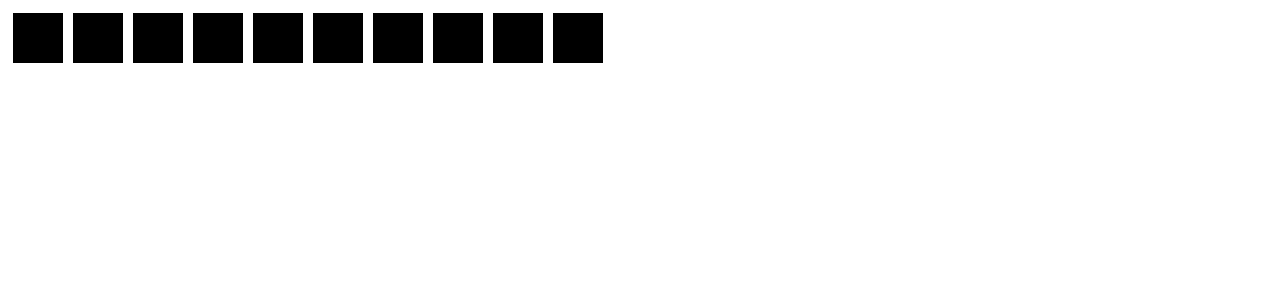
Repository: eeoooo/MINI-PROJECTS-HTML-CSS
Page: practiceCSSFlex/index.html
An editor plug-in stored every save of this project. The page is shown before and after the next save, followed by the edit.
The browser window is 1280 px wide. The pictures show the whole page.

Above is the page before, as saved 2022-07-30 15:24:21.

After the next save:
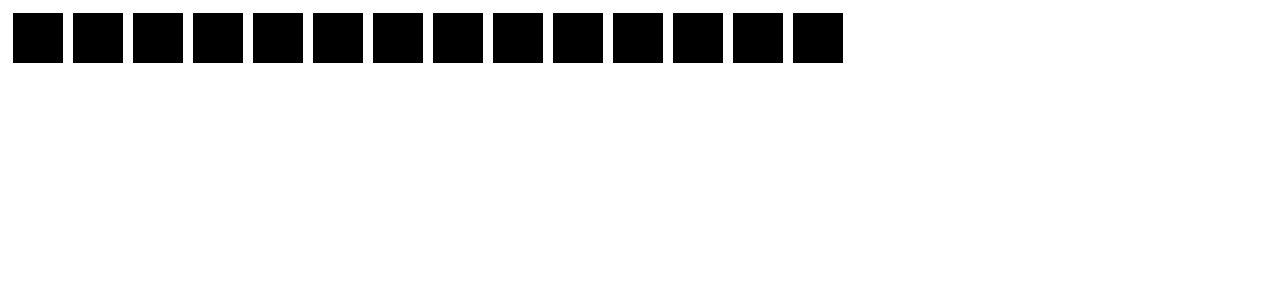
Saved 25 s later.
--- a/practiceCSSFlex/index.html
+++ b/practiceCSSFlex/index.html
@@ -19,6 +19,10 @@
         <div class="box"></div>
         <div class="box"></div>
         <div class="box"></div>
+        <div class="box"></div>
+        <div class="box"></div>
+        <div class="box"></div>
+        <div class="box"></div>
     </div>
 </body>
 </html>
